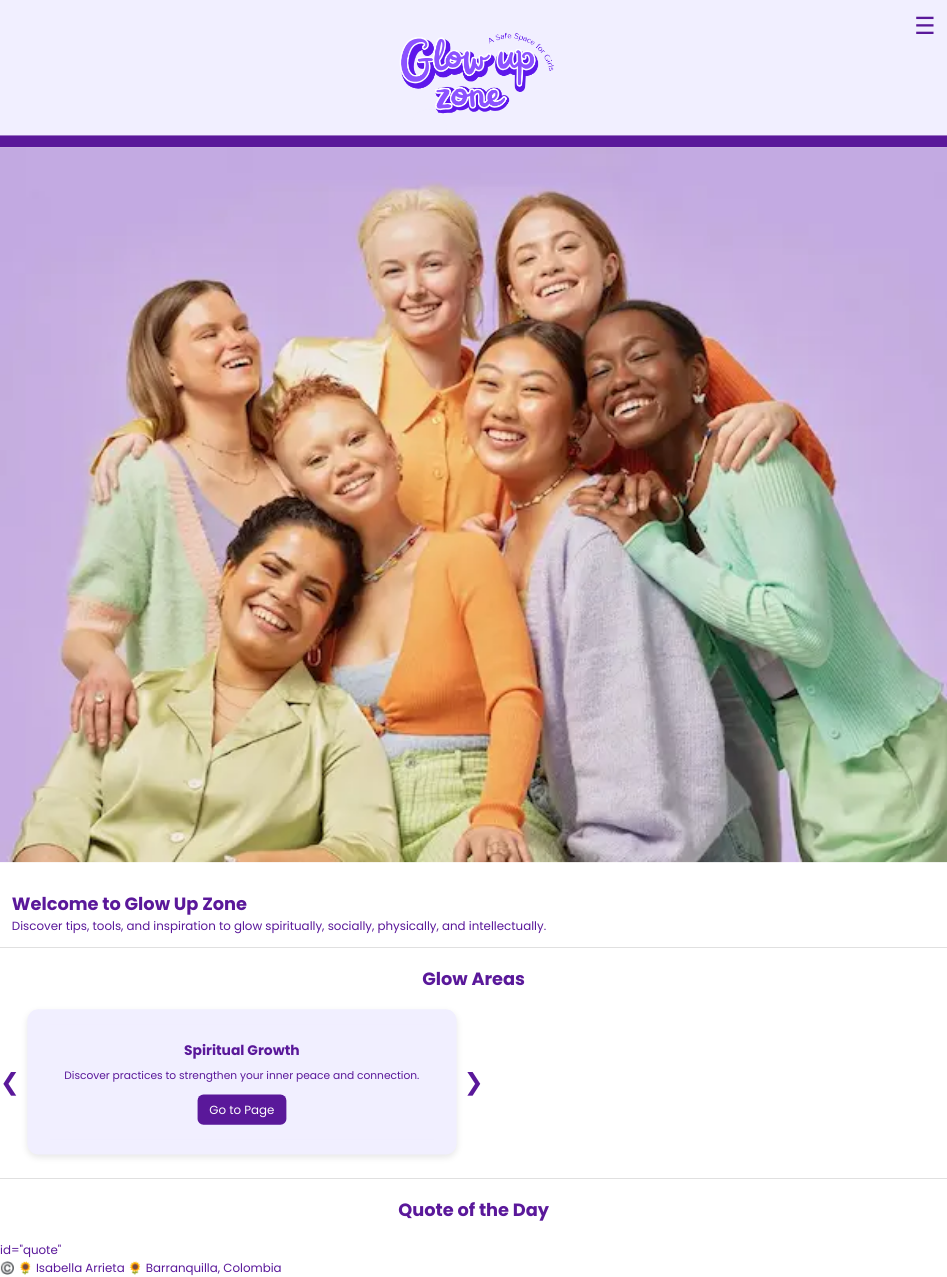
Repository: isaAJ05/wdd131
Page: final-project/final-project.html
These files come from the project's save history. The page is drawn as it stood at one moment and after a run of saves; the edit follows.
The browser window is 1280 px wide. The pictures show the whole page, at 74% of full size.

Above is the page before, as saved 2025-08-09 01:26:30.

### final-project/final-project.html
<!DOCTYPE html>
<html lang="en">
<head>
    <meta charset="UTF-8">
    <meta name="viewport" content="width=device-width, initial-scale=1.0">
    <title>WDD 131 – Glow Up Zone</title>
    <meta name="description" content="WDD 131 – This website is a positive and inspiring space for girls who want to improve different areas of their lives. It will include tips and resources organized into four sections: Spiritual, Social, Physical, and Intellectual.">
    <meta name="author" content="Isabella Arrieta">
    <link rel="stylesheet" href="styles/final-project.css">
    <link rel="stylesheet" href="styles/final-project-large.css">
    <link rel="preconnect" href="https://fonts.googleapis.com">
    <link rel="preconnect" href="https://fonts.gstatic.com" crossorigin>
    <link href="https://fonts.googleapis.com/css2?family=Nunito:wght@300;400;700&family=Poppins:wght@400;600;700&family=Quicksand:wght@400;500;700&display=swap" rel="stylesheet">
    <script src="scripts/final-project.js" defer></script>
</head>
<body>
    <header>
        <div class="title">
            <img src="images/logo.png" alt="" title="">
        </div>
        <button type="button" id="menu" title="Hambutton"></button>
        <nav>
            <ul class="navigation">
			<li><a href="#" class="home">Home</a></li>
			<li><a href="#" class="old">Old</a></li>
			<li><a href="#" class="new">New</a></li>
			<li><a href="#" class="large">Large</a></li>
			<li><a href="#" class="small">Small</a></li>
		</ul>
        </nav>
    </header>
    <main>
        <div class="hero">
            <picture>
            <source media="(min-width: 700px)" srcset="">
            <img src="images/glow-2.webp" alt="" title="">
            </picture>
        </div>
        <section >
                <div class="one">
                <h1>Welcome to Glow Up Zone</h2>
                <p>Discover tips, tools, and inspiration to glow spiritually, socially, physically, and intellectually.</p>
                </div>
        </section>
        <div class="two">
        <h2>Glow Areas</h2>
        <section class="cards">
        <button class="arrow left">&#10094;</button>
        <div class="cards-container">
            <div class="card">
                <div class="card2">
                <h3 id="card-title"></h3>
                <p id="card-text"></p>
                <a id="card-link" href="#" class="btn">Go to Page</a>
                </div>
            </div>
        </div>
        <button class="arrow right">&#10095;</button>
        </div>
        </section>
        <section>
            <div class="quote">
                <h2>Quote of the Day</h2>
                <p>id="quote"</p>
            </div>
        </section>

    </main>
    <footer>
            <p>
            ©️<span id="currentyear"></span> 🌻 Isabella Arrieta 🌻 Barranquilla, Colombia
        </p>
        <p class="last-modified">
            <span id="lastModified"></span>
        </p>
    </footer>

</body>
</html>

### final-project/styles/final-project.css
:root {
    --primary-color: #5a189a;
    --secondary-color: #06d6a0;
    --thirdary-color: #ff6f91;
    --accent-color: #3a86ff;
    --background-color: #f1efff;
    --font-one: "Poppins", sans-serif;
    --font-two: "Nunito", sans-serif;
    --font-three: "Quicksand", sans-serif;
}
* {
    box-sizing: border-box;
    margin: 0;
    padding: 0;
}

body {
    font-family: var(--font-one);
    color: var(--primary-color);
}

.title {
    text-align: center;
    background-color: var(--background-color);
}
.title img {
    width: 350px;
    height: auto;
}
.hero img{
    width: 100%;
    height: auto;
}
.one{
    border-bottom: #D6D6D6 1px solid;
    padding: 1rem;
    margin: 1rem 0;
}
nav{
    display: block;
    background-color: var(--primary-color);
}

#menu {
	font-size: 2rem;
	border: 0;
	background: none;
	position: absolute;
	top: 1rem;
	right: 1rem;
}

#menu::before {
	content: "☰";
    color: var(--primary-color);
}

#menu.open::before {
	content: "✖";
    color: white;
}

.navigation {
	list-style: none;
	display: flex;
	flex-direction: column;
    color: #fff;
    padding-top: 1rem;
    background-color: none;
}

.navigation a {
	display: none;
	color: #fff;
	text-align: center;
	text-decoration: none;
    padding: 0.5rem;
    font-size: 1rem;


}

.navigation a:hover {
	text-decoration: underline;
	background-color: #eee;
	color: #000;
}
.open a {
	display: block;
}
.open img{
    display: none;
}
h2{
    padding: 0.5rem;
    margin: 1rem 0;
    text-align: center;
}
.cards {
    display: flex;
    align-items: center;
    width: 100%;
}

.card {
    min-width: 80%;
    margin: 0 10px;
    padding: 20px;
    background: var(--background-color);
    border-radius: 15px;
    box-shadow: 0 4px 10px rgba(0,0,0,0.1);
    text-align: center;
}
.card2 {
    min-width: 80%;
    margin: 0 10px;
    padding: 20px;
    background: var(--background-color);
    text-align: center;
}

.card h3 {
    color: var(--primary-color);
    margin-bottom: 10px;
}

.card p {
    font-size: 0.9rem;
    margin-bottom: 15px;
}

.btn {
    display: inline-block;
    background: var(--primary-color);
    color: white;
    padding: 8px 16px;
    border-radius: 8px;
    text-decoration: none;
}
.btn:hover {
	background-color: var(--secondary-color);
    cursor: pointer;
	border: 1px solid gray;
}

.arrow {
    background: none;
    border: none;
    font-size: 2rem;
    cursor: pointer;
    color: var(--primary-color);
}
.two{
    border-bottom: #D6D6D6 1px solid;
    padding-bottom: 2rem;
}

### final-project/scripts/final-project.js
const hamButton = document.querySelector('#menu');
const navigation = document.querySelector('.navigation');
const title = document.querySelector('.title');

hamButton.addEventListener('click', () => {
	navigation.classList.toggle('open');
    hamButton.classList.toggle('open');
    title.classList.toggle('open');
});
const cardsData = [
    {
        title: "Spiritual Growth",
        text: "Discover practices to strengthen your inner peace and connection.",
        link: "spiritual.html"
    },
    {
        title: "Social Skills",
        text: "Learn how to connect, communicate, and build strong relationships.",
        link: "social.html"
    },
    {
        title: "Intellectual Growth",
        text: "Boost your mind with tips, knowledge, and creative thinking.",
        link: "intellectual.html"
    },
    {
        title: "Physical Wellness",
        text: "Stay active and healthy with routines and self-care habits.",
        link: "physical.html"
    }
];

let currentIndex = 0;

const cardTitle = document.getElementById("card-title");
const cardText = document.getElementById("card-text");
const cardLink = document.getElementById("card-link");

function updateCard() {
    cardTitle.textContent = cardsData[currentIndex].title;
    cardText.textContent = cardsData[currentIndex].text;
    cardLink.href = cardsData[currentIndex].link;
}

document.querySelector(".arrow.right").addEventListener("click", () => {
    currentIndex = (currentIndex + 1) % cardsData.length;
    updateCard();
});

document.querySelector(".arrow.left").addEventListener("click", () => {
    currentIndex = (currentIndex - 1 + cardsData.length) % cardsData.length;
    updateCard();
});

updateCard();

Loaded but not shown: final-project/styles/final-project-large.css (no copy from this time; the picture is the same without it)

After the next 2 saves:
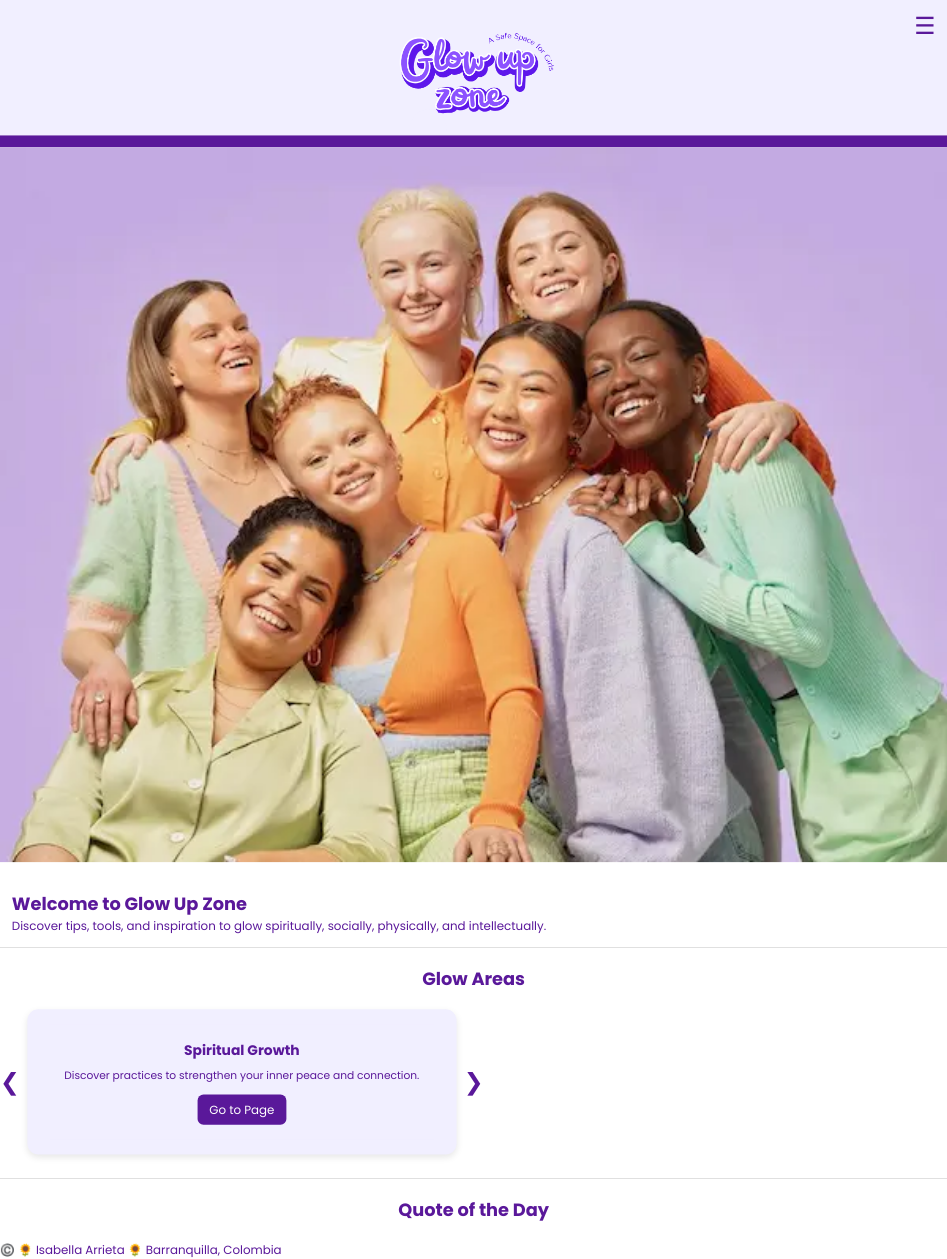
The 2 saves are shown as one change because they came seconds apart.
The last was saved 12 s later.
--- a/final-project/final-project.html
+++ b/final-project/final-project.html
@@ -61,7 +61,7 @@
         <section>
             <div class="quote">
                 <h2>Quote of the Day</h2>
-                <p>id="quote"</p>
+                <p id="quote"</p>
             </div>
         </section>
 
